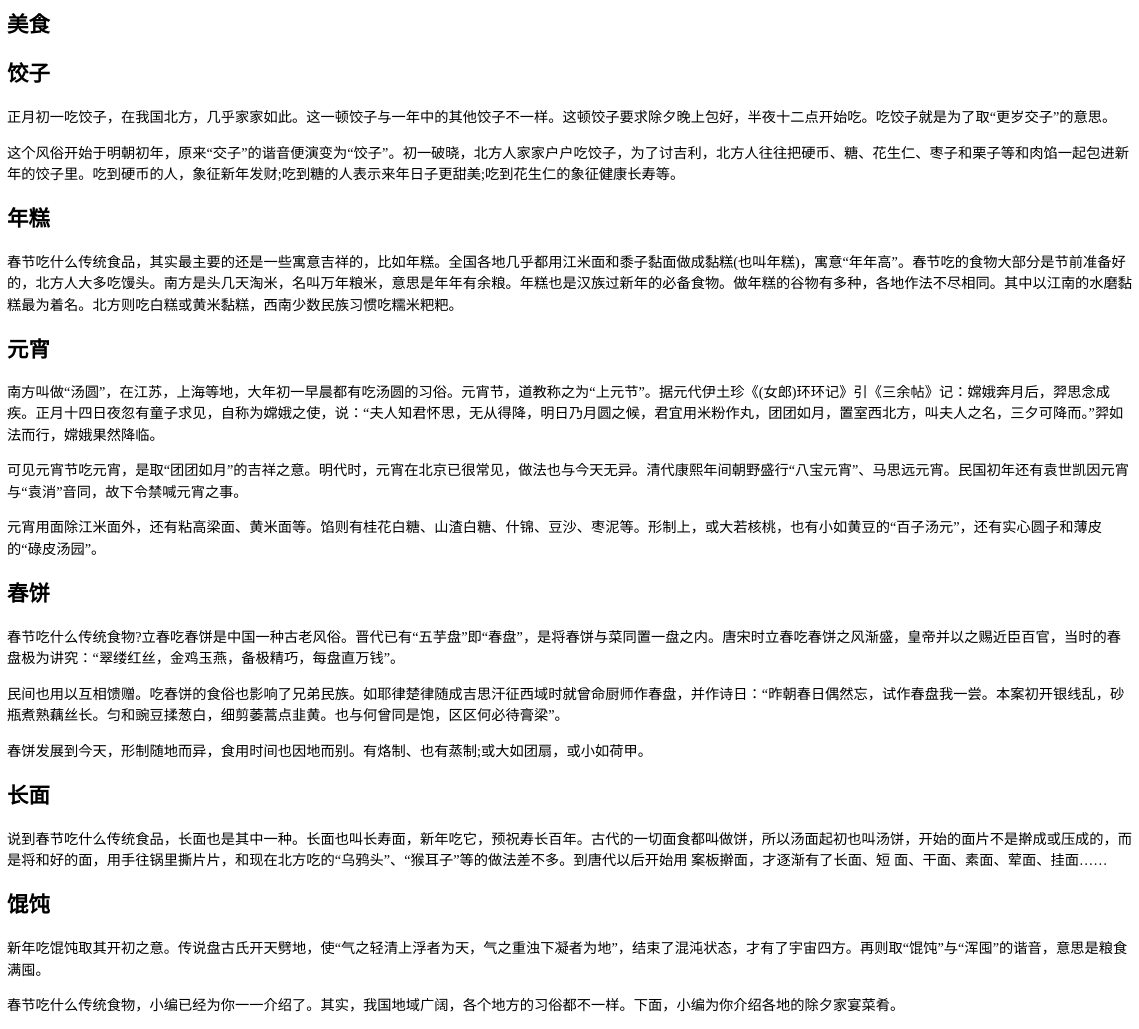
Repository: XueJie1/computer-operation-basics
Page: pages/springfes/cuisine.html
The author's editor kept a copy of each file at every save. The page is drawn from the files as they stood at one save, then again after the next save.
The browser window is 1280 px wide. The pictures show the whole page, at 89% of full size.

Above is the page before, as saved 2023-09-03 14:05:50.

### pages/springfes/cuisine.html
<h2>美食</h2>
<h2 id="-">饺子</h2>
<p>正月初一吃饺子，在我国北方，几乎家家如此。这一顿饺子与一年中的其他饺子不一样。这顿饺子要求除夕晚上包好，半夜十二点开始吃。吃饺子就是为了取“更岁交子”的意思。</p>
<p>这个风俗开始于明朝初年，原来“交子”的谐音便演变为“饺子”。初一破晓，北方人家家户户吃饺子，为了讨吉利，北方人往往把硬币、糖、花生仁、枣子和栗子等和肉馅一起包进新年的饺子里。吃到硬币的人，象征新年发财;吃到糖的人表示来年日子更甜美;吃到花生仁的象征健康长寿等。
</p>
<h2 id="-">年糕</h2>
<p>春节吃什么传统食品，其实最主要的还是一些寓意吉祥的，比如年糕。全国各地几乎都用江米面和黍子黏面做成黏糕(也叫年糕)，寓意“年年高”。春节吃的食物大部分是节前准备好的，北方人大多吃馒头。南方是头几天淘米，名叫万年粮米，意思是年年有余粮。年糕也是汉族过新年的必备食物。做年糕的谷物有多种，各地作法不尽相同。其中以江南的水磨黏糕最为着名。北方则吃白糕或黄米黏糕，西南少数民族习惯吃糯米粑粑。
</p>
<h2 id="-">元宵</h2>
<p>南方叫做“汤圆”，在江苏，上海等地，大年初一早晨都有吃汤圆的习俗。元宵节，道教称之为“上元节”。据元代伊土珍《(女郎)环环记》引《三余帖》记：嫦娥奔月后，羿思念成疾。正月十四日夜忽有童子求见，自称为嫦娥之使，说：“夫人知君怀思，无从得降，明日乃月圆之候，君宜用米粉作丸，团团如月，置室西北方，叫夫人之名，三夕可降而。”羿如法而行，嫦娥果然降临。
</p>
<p>可见元宵节吃元宵，是取“团团如月”的吉祥之意。明代时，元宵在北京已很常见，做法也与今天无异。清代康熙年间朝野盛行“八宝元宵”、马思远元宵。民国初年还有袁世凯因元宵与“袁消”音同，故下令禁喊元宵之事。</p>
<p>元宵用面除江米面外，还有粘高梁面、黄米面等。馅则有桂花白糖、山渣白糖、什锦、豆沙、枣泥等。形制上，或大若核桃，也有小如黄豆的“百子汤元”，还有实心圆子和薄皮的“碌皮汤园”。</p>
<h2 id="-">春饼</h2>
<p>春节吃什么传统食物?立春吃春饼是中国一种古老风俗。晋代已有“五芋盘”即“春盘”，是将春饼与菜同置一盘之内。唐宋时立春吃春饼之风渐盛，皇帝并以之赐近臣百官，当时的春盘极为讲究：“翠缕红丝，金鸡玉燕，备极精巧，每盘直万钱”。</p>
<p>民间也用以互相馈赠。吃春饼的食俗也影响了兄弟民族。如耶律楚律随成吉思汗征西域时就曾命厨师作春盘，并作诗日：“昨朝春日偶然忘，试作春盘我一尝。本案初开银线乱，砂瓶煮熟藕丝长。匀和豌豆揉葱白，细剪萎蒿点韭黄。也与何曾同是饱，区区何必待膏梁”。
</p>
<p>春饼发展到今天，形制随地而异，食用时间也因地而别。有烙制、也有蒸制;或大如团扇，或小如荷甲。</p>
<h2 id="-">长面</h2>
<p>说到春节吃什么传统食品，长面也是其中一种。长面也叫长寿面，新年吃它，预祝寿长百年。古代的一切面食都叫做饼，所以汤面起初也叫汤饼，开始的面片不是擀成或压成的，而是将和好的面，用手往锅里撕片片，和现在北方吃的“乌鸦头”、“猴耳子”等的做法差不多。到唐代以后开始用
    案板擀面，才逐渐有了长面、短 面、干面、素面、荤面、挂面……</p>
<h2 id="-">馄饨</h2>
<p>新年吃馄饨取其开初之意。传说盘古氏开天劈地，使“气之轻清上浮者为天，气之重浊下凝者为地”，结束了混沌状态，才有了宇宙四方。再则取“馄饨”与“浑囤”的谐音，意思是粮食满囤。</p>
<p>春节吃什么传统食物，小编已经为你一一介绍了。其实，我国地域广阔，各个地方的习俗都不一样。下面，小编为你介绍各地的除夕家宴菜肴。</p>

After the next save:
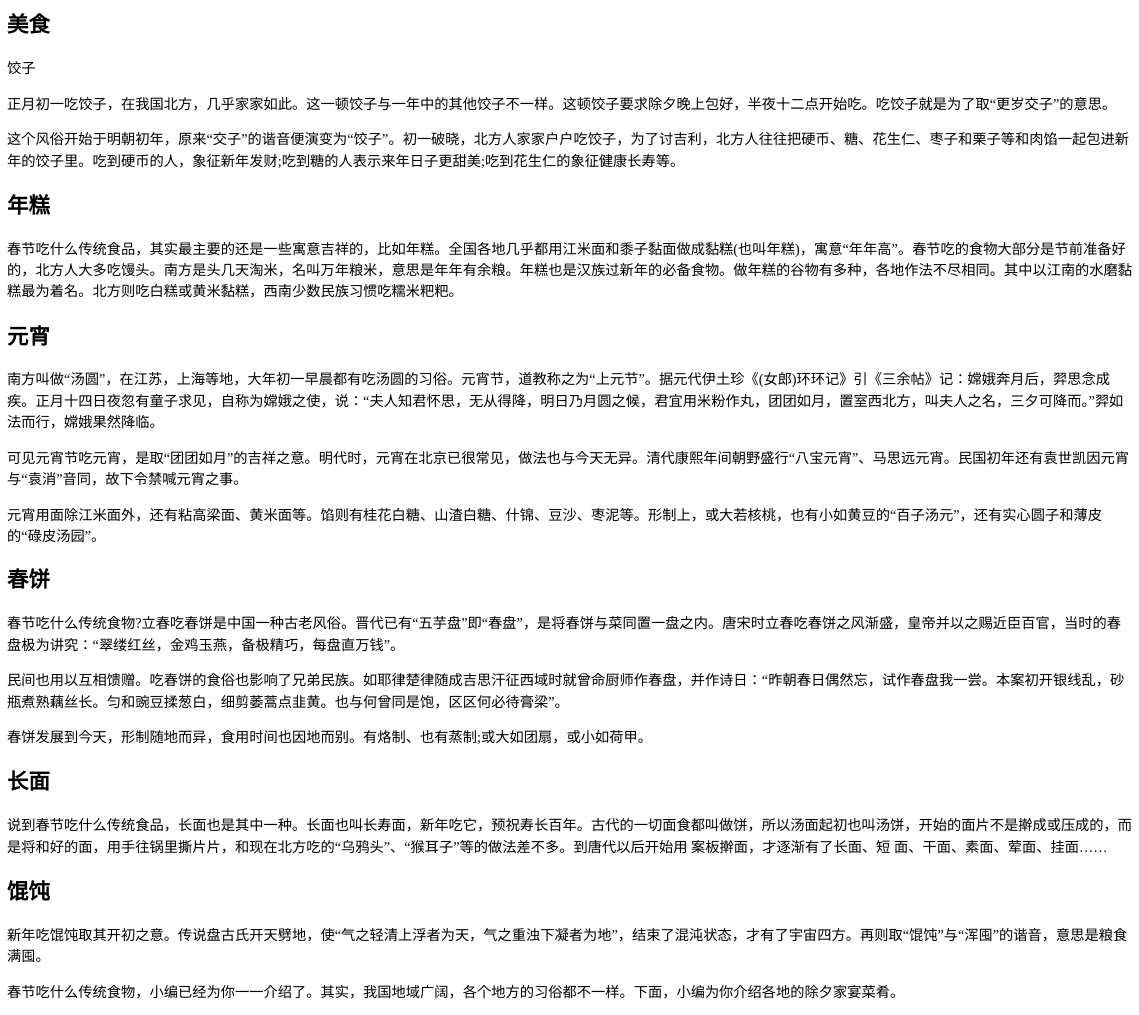
Saved 13 s later.
--- a/pages/springfes/cuisine.html
+++ b/pages/springfes/cuisine.html
@@ -1,24 +1,25 @@
 <h2>美食</h2>
-<h2 id="-">饺子</h2>
-<p>正月初一吃饺子，在我国北方，几乎家家如此。这一顿饺子与一年中的其他饺子不一样。这顿饺子要求除夕晚上包好，半夜十二点开始吃。吃饺子就是为了取“更岁交子”的意思。</p>
-<p>这个风俗开始于明朝初年，原来“交子”的谐音便演变为“饺子”。初一破晓，北方人家家户户吃饺子，为了讨吉利，北方人往往把硬币、糖、花生仁、枣子和栗子等和肉馅一起包进新年的饺子里。吃到硬币的人，象征新年发财;吃到糖的人表示来年日子更甜美;吃到花生仁的象征健康长寿等。
-</p>
-<h2 id="-">年糕</h2>
-<p>春节吃什么传统食品，其实最主要的还是一些寓意吉祥的，比如年糕。全国各地几乎都用江米面和黍子黏面做成黏糕(也叫年糕)，寓意“年年高”。春节吃的食物大部分是节前准备好的，北方人大多吃馒头。南方是头几天淘米，名叫万年粮米，意思是年年有余粮。年糕也是汉族过新年的必备食物。做年糕的谷物有多种，各地作法不尽相同。其中以江南的水磨黏糕最为着名。北方则吃白糕或黄米黏糕，西南少数民族习惯吃糯米粑粑。
-</p>
-<h2 id="-">元宵</h2>
-<p>南方叫做“汤圆”，在江苏，上海等地，大年初一早晨都有吃汤圆的习俗。元宵节，道教称之为“上元节”。据元代伊土珍《(女郎)环环记》引《三余帖》记：嫦娥奔月后，羿思念成疾。正月十四日夜忽有童子求见，自称为嫦娥之使，说：“夫人知君怀思，无从得降，明日乃月圆之候，君宜用米粉作丸，团团如月，置室西北方，叫夫人之名，三夕可降而。”羿如法而行，嫦娥果然降临。
-</p>
-<p>可见元宵节吃元宵，是取“团团如月”的吉祥之意。明代时，元宵在北京已很常见，做法也与今天无异。清代康熙年间朝野盛行“八宝元宵”、马思远元宵。民国初年还有袁世凯因元宵与“袁消”音同，故下令禁喊元宵之事。</p>
-<p>元宵用面除江米面外，还有粘高梁面、黄米面等。馅则有桂花白糖、山渣白糖、什锦、豆沙、枣泥等。形制上，或大若核桃，也有小如黄豆的“百子汤元”，还有实心圆子和薄皮的“碌皮汤园”。</p>
-<h2 id="-">春饼</h2>
-<p>春节吃什么传统食物?立春吃春饼是中国一种古老风俗。晋代已有“五芋盘”即“春盘”，是将春饼与菜同置一盘之内。唐宋时立春吃春饼之风渐盛，皇帝并以之赐近臣百官，当时的春盘极为讲究：“翠缕红丝，金鸡玉燕，备极精巧，每盘直万钱”。</p>
-<p>民间也用以互相馈赠。吃春饼的食俗也影响了兄弟民族。如耶律楚律随成吉思汗征西域时就曾命厨师作春盘，并作诗日：“昨朝春日偶然忘，试作春盘我一尝。本案初开银线乱，砂瓶煮熟藕丝长。匀和豌豆揉葱白，细剪萎蒿点韭黄。也与何曾同是饱，区区何必待膏梁”。
-</p>
-<p>春饼发展到今天，形制随地而异，食用时间也因地而别。有烙制、也有蒸制;或大如团扇，或小如荷甲。</p>
-<h2 id="-">长面</h2>
-<p>说到春节吃什么传统食品，长面也是其中一种。长面也叫长寿面，新年吃它，预祝寿长百年。古代的一切面食都叫做饼，所以汤面起初也叫汤饼，开始的面片不是擀成或压成的，而是将和好的面，用手往锅里撕片片，和现在北方吃的“乌鸦头”、“猴耳子”等的做法差不多。到唐代以后开始用
-    案板擀面，才逐渐有了长面、短 面、干面、素面、荤面、挂面……</p>
-<h2 id="-">馄饨</h2>
-<p>新年吃馄饨取其开初之意。传说盘古氏开天劈地，使“气之轻清上浮者为天，气之重浊下凝者为地”，结束了混沌状态，才有了宇宙四方。再则取“馄饨”与“浑囤”的谐音，意思是粮食满囤。</p>
-<p>春节吃什么传统食物，小编已经为你一一介绍了。其实，我国地域广阔，各个地方的习俗都不一样。下面，小编为你介绍各地的除夕家宴菜肴。</p>
+<h id="-">饺子</h2>
+    <p>正月初一吃饺子，在我国北方，几乎家家如此。这一顿饺子与一年中的其他饺子不一样。这顿饺子要求除夕晚上包好，半夜十二点开始吃。吃饺子就是为了取“更岁交子”的意思。</p>
+    <p>这个风俗开始于明朝初年，原来“交子”的谐音便演变为“饺子”。初一破晓，北方人家家户户吃饺子，为了讨吉利，北方人往往把硬币、糖、花生仁、枣子和栗子等和肉馅一起包进新年的饺子里。吃到硬币的人，象征新年发财;吃到糖的人表示来年日子更甜美;吃到花生仁的象征健康长寿等。
+    </p>
+    <h2 id="-">年糕</h2>
+    <p>春节吃什么传统食品，其实最主要的还是一些寓意吉祥的，比如年糕。全国各地几乎都用江米面和黍子黏面做成黏糕(也叫年糕)，寓意“年年高”。春节吃的食物大部分是节前准备好的，北方人大多吃馒头。南方是头几天淘米，名叫万年粮米，意思是年年有余粮。年糕也是汉族过新年的必备食物。做年糕的谷物有多种，各地作法不尽相同。其中以江南的水磨黏糕最为着名。北方则吃白糕或黄米黏糕，西南少数民族习惯吃糯米粑粑。
+    </p>
+    <h2 id="-">元宵</h2>
+    <p>南方叫做“汤圆”，在江苏，上海等地，大年初一早晨都有吃汤圆的习俗。元宵节，道教称之为“上元节”。据元代伊土珍《(女郎)环环记》引《三余帖》记：嫦娥奔月后，羿思念成疾。正月十四日夜忽有童子求见，自称为嫦娥之使，说：“夫人知君怀思，无从得降，明日乃月圆之候，君宜用米粉作丸，团团如月，置室西北方，叫夫人之名，三夕可降而。”羿如法而行，嫦娥果然降临。
+    </p>
+    <p>可见元宵节吃元宵，是取“团团如月”的吉祥之意。明代时，元宵在北京已很常见，做法也与今天无异。清代康熙年间朝野盛行“八宝元宵”、马思远元宵。民国初年还有袁世凯因元宵与“袁消”音同，故下令禁喊元宵之事。</p>
+    <p>元宵用面除江米面外，还有粘高梁面、黄米面等。馅则有桂花白糖、山渣白糖、什锦、豆沙、枣泥等。形制上，或大若核桃，也有小如黄豆的“百子汤元”，还有实心圆子和薄皮的“碌皮汤园”。</p>
+    <h2 id="-">春饼</h2>
+    <p>春节吃什么传统食物?立春吃春饼是中国一种古老风俗。晋代已有“五芋盘”即“春盘”，是将春饼与菜同置一盘之内。唐宋时立春吃春饼之风渐盛，皇帝并以之赐近臣百官，当时的春盘极为讲究：“翠缕红丝，金鸡玉燕，备极精巧，每盘直万钱”。
+    </p>
+    <p>民间也用以互相馈赠。吃春饼的食俗也影响了兄弟民族。如耶律楚律随成吉思汗征西域时就曾命厨师作春盘，并作诗日：“昨朝春日偶然忘，试作春盘我一尝。本案初开银线乱，砂瓶煮熟藕丝长。匀和豌豆揉葱白，细剪萎蒿点韭黄。也与何曾同是饱，区区何必待膏梁”。
+    </p>
+    <p>春饼发展到今天，形制随地而异，食用时间也因地而别。有烙制、也有蒸制;或大如团扇，或小如荷甲。</p>
+    <h2 id="-">长面</h2>
+    <p>说到春节吃什么传统食品，长面也是其中一种。长面也叫长寿面，新年吃它，预祝寿长百年。古代的一切面食都叫做饼，所以汤面起初也叫汤饼，开始的面片不是擀成或压成的，而是将和好的面，用手往锅里撕片片，和现在北方吃的“乌鸦头”、“猴耳子”等的做法差不多。到唐代以后开始用
+        案板擀面，才逐渐有了长面、短 面、干面、素面、荤面、挂面……</p>
+    <h2 id="-">馄饨</h2>
+    <p>新年吃馄饨取其开初之意。传说盘古氏开天劈地，使“气之轻清上浮者为天，气之重浊下凝者为地”，结束了混沌状态，才有了宇宙四方。再则取“馄饨”与“浑囤”的谐音，意思是粮食满囤。</p>
+    <p>春节吃什么传统食物，小编已经为你一一介绍了。其实，我国地域广阔，各个地方的习俗都不一样。下面，小编为你介绍各地的除夕家宴菜肴。</p>
